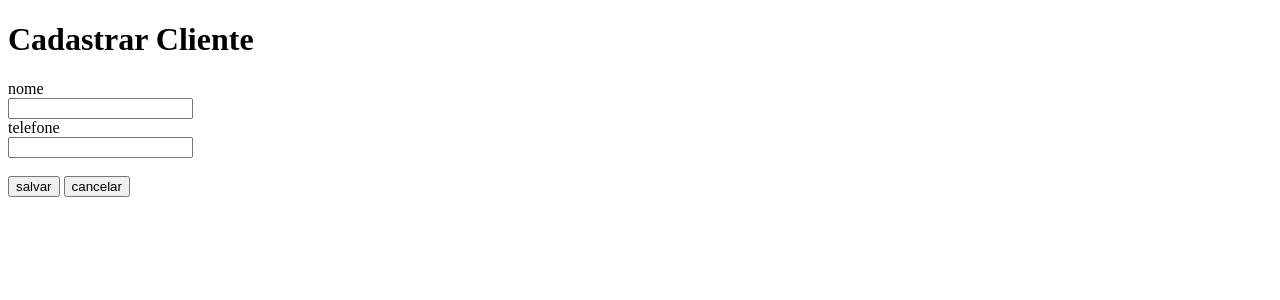
Repository: felipepalma14/Divus
Page: academiaweb/WebContent/cadastrarcliente.html
These files come from the project's save history. The page is drawn as it stood at one moment and after the next save; the edit follows.
The browser window is 1280 px wide. The pictures show the whole page.

Above is the page before, as saved 2015-08-15 13:40:29.

After the next save:
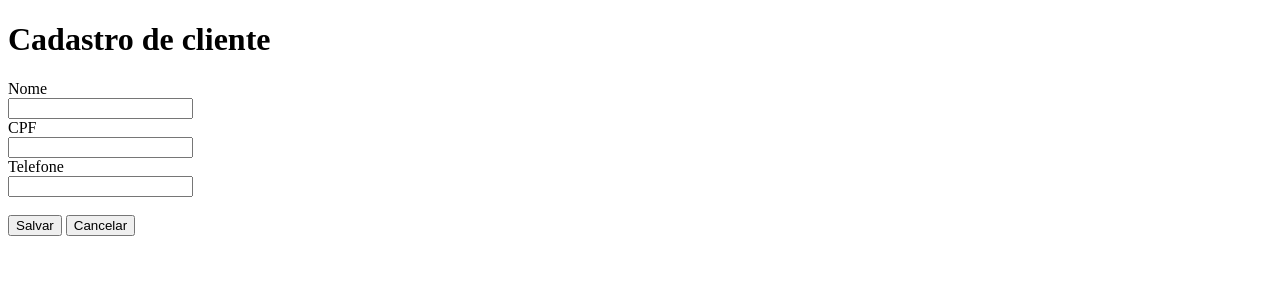
Saved 3 min 21 s later.
--- a/academiaweb/WebContent/cadastrarcliente.html
+++ b/academiaweb/WebContent/cadastrarcliente.html
@@ -1,23 +1,24 @@
 <!DOCTYPE html>
 <html>
-
 <head>
 <meta charset="UTF-8">
-<title>Cadastrar Cliente</title>
+<title>Cadastro de cliente</title>
 </head>
+<body>
+	<h1>Cadastro de cliente</h1>
+	<form method="GET" action="cadastrarclienteservlet">
+		<label>Nome</label><br />
+		<input type="text" name="nome"/><br />
 
-<body>
-	<h1>Cadastrar Cliente</h1>
-	<form action="cadastrarclienteservlet" method="GET">
-		<label>nome</label><br>
-		<input type="text" name = "nome"><br>
-		<label>telefone</label><br>
-		<input type="text" name = "telefone"><br/><br/>
-		<input type="submit" value="salvar">
+		<label>CPF</label><br />
+		<input type="text" name="cpf"/><br />
+
+		<label>Telefone</label><br />
+		<input type="text" name="telefone"/><br/><br/>
+		<input type="submit" value="Salvar"/>
 		<a href="index.html">
-			<input type="button" value="cancelar">
+			<input type="button" value="Cancelar">
 		</a>
 	</form>
-
 </body>
 </html>
